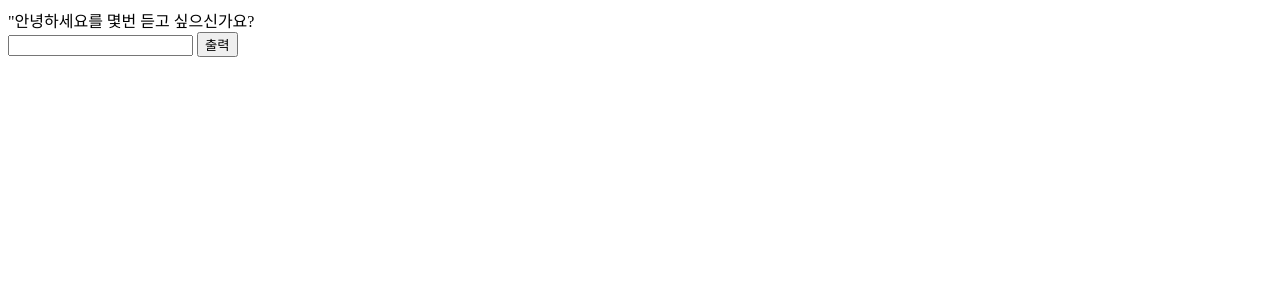
Repository: jocod98/servlet-jsp
Page: JSPPrj/src/main/webapps/reg.html
An editor plug-in stored every save of this project. The page is shown before and after the next save, followed by the edit.
The browser window is 1280 px wide. The pictures show the whole page.

Above is the page before, as saved 2023-01-09 09:25:14.

### JSPPrj/src/main/webapps/reg.html
<!DOCTYPE html>
<html>
<head>
<meta charset="UTF-8">
<title>Insert title here</title>
</head>
<body>
	<div>
		<form action = "hi">
			<div>
				<label>"안녕하세요를 몇번 듣고 싶으신가요?</label>

			</div>
			<div>
				<input type = "text" name = "cnt"/>
				<input type = "submit" value = "출력" />
			</div>
		</form>
	</div>
</body>
</html>

After the next save:
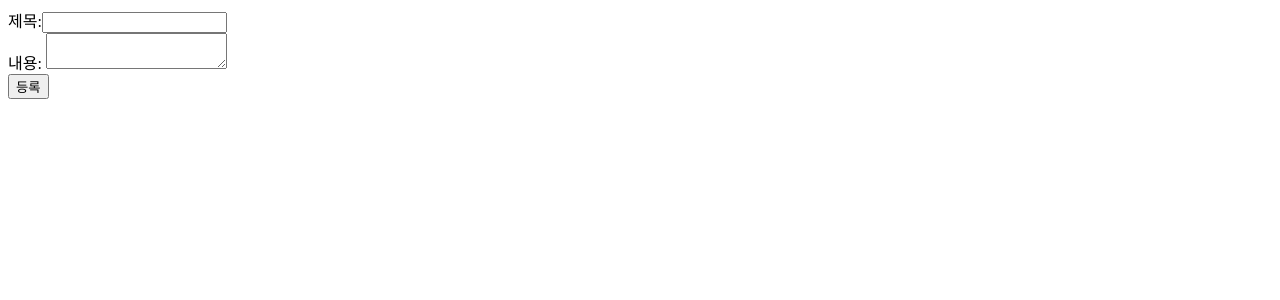
Saved 5 min 25 s later.
--- a/JSPPrj/src/main/webapps/reg.html
+++ b/JSPPrj/src/main/webapps/reg.html
@@ -6,14 +6,16 @@
 </head>
 <body>
 	<div>
-		<form action = "hi">
+		<form action = "notice-reg">
 			<div>
-				<label>"안녕하세요를 몇번 듣고 싶으신가요?</label>
-
+				<label>제목:</label><input name = "title" type = "text">
 			</div>
 			<div>
-				<input type = "text" name = "cnt"/>
-				<input type = "submit" value = "출력" />
+				<label>내용:</label>
+				<textarea name = "content"></textarea>
+			</div>
+			<div>
+				<input type = "submit" value = "등록" />
 			</div>
 		</form>
 	</div>
